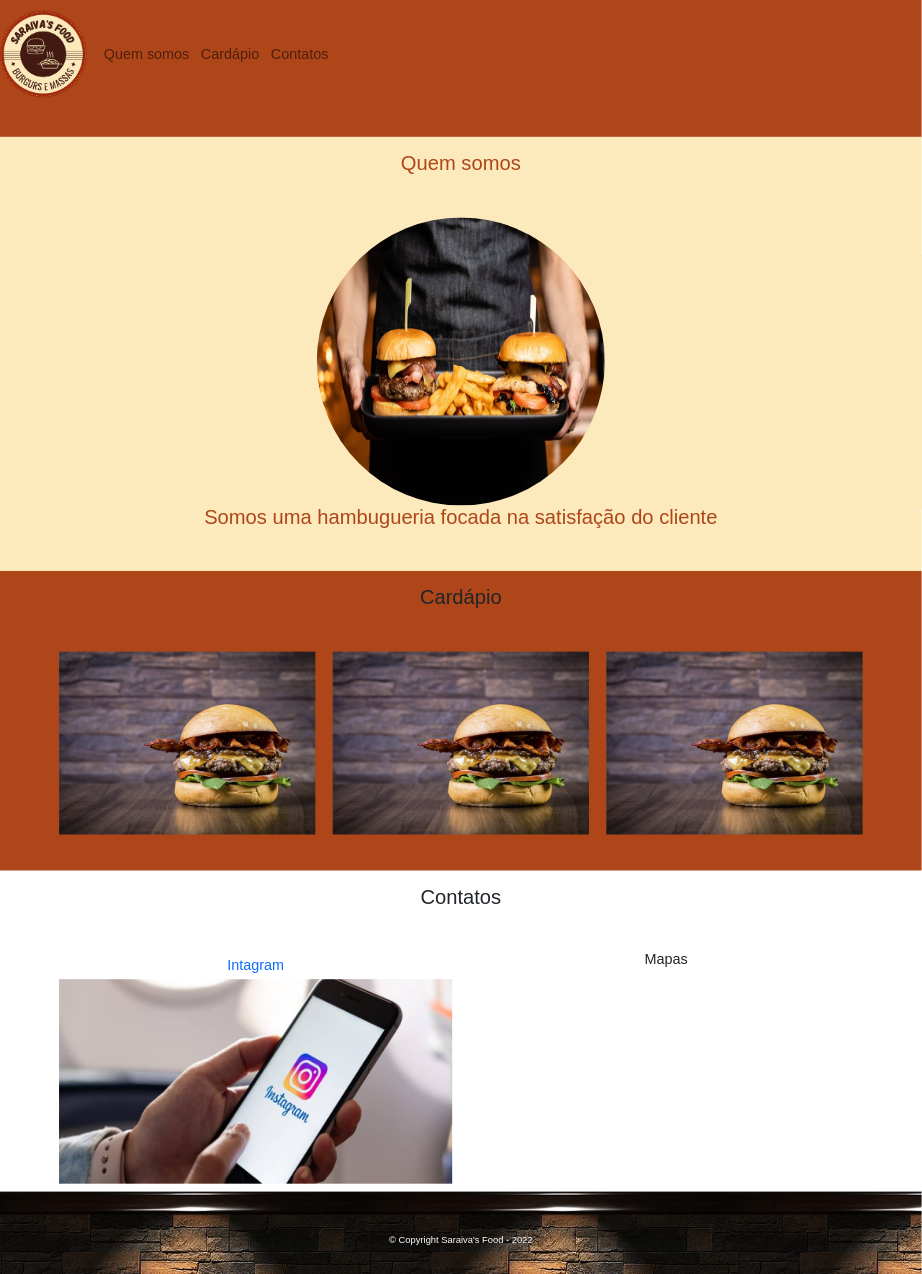
Repository: Tuanemendes/curso_bootstrap
Page: projeto1/index.html
An editor plug-in stored every save of this project. The page is shown before and after the next save, followed by the edit.
The browser window is 1280 px wide. The pictures show the whole page, at 72% of full size.
Pictures or frames that could not be fetched are drawn as grey boxes.

Above is the page before, as saved 2022-04-04 17:56:48.

### projeto1/index.html
<!DOCTYPE html>
<html lang="pt-br">

<head>
    <title>Saraiva's</title>
    <meta charset="utf-8">
     <link href="https://cdn.jsdelivr.net/npm/bootstrap@5.1.3/dist/css/bootstrap.min.css" rel="stylesheet" integrity="sha384-1BmE4kWBq78iYhFldvKuhfTAU6auU8tT94WrHftjDbrCEXSU1oBoqyl2QvZ6jIW3" crossorigin="anonymous">
        <link rel=" stylesheet" type="text/css" href="/css/style.css">
</head>

<body>
    <nav class="navbar navbar-expand-lg navbar-light margin">
        <a class="navbar-brand" href="#">
            <img src="/img/saraivasfood.png" alt="logo" width="120" height="120">
        </a>
        <div class="collapse navbar-collapse">
            <ul class="navbar-nav">
                <li class="nav-item">
                    <a class="nav-link " href="#"> Quem somos </a>
                </li>
                <li class="nav-item">
                    <a class="nav-link " href="#"> Cardápio </a>
                </li>
                <li class="nav-item">
                    <a class="nav-link " href="#"> Contatos </a>
                </li>
            </ul>
        </div>
    </nav>

    <section id="quemsomos">
        <div class="container-fluid quem-somos text-center margin">
            <h3 class="margin">Quem somos</h3>
            <img src="/img/FICHA-TECNICA-PARA-HAMBURGUERIA-DICA.jpg" class="rounded-circle" alt="burgueria" width="400" height="400">
            <h3>Somos uma hambugueria  focada na satisfação do cliente</h3>
        </div>
    </section>
    <section id="cardapio">
        <div class="container-fluid text-center margin cardapio">
           <h3 class="margin">Cardápio</h3>
            <div class="container">
                <div class="row">
                    <div class="col-lg-4">
                         <img src="/img/como-montar-uma-hamburgueria.jpg" alt="" width="100%" >

                    </div>
                    <div class="col-lg-4">
                        <img src="/img/como-montar-uma-hamburgueria.jpg" alt="" width="100%">

                    </div>
                    <div class="col-lg-4">
                        <img src="/img/como-montar-uma-hamburgueria.jpg" alt="" width="100%">

                    </div>
                </div>
            </div>
        </div>
    </section>

    <section id="contatos">
        <div class="container-fluid text-center margin contatos">
            <h3 class="margin">Contatos</h3>
            <div class="container">
                <div class="row">
                    <div class="col-lg-6">
                        <a class="nav-link active" href="https://www.instagram.com/saraivasfood/">Intagram</a>
                        <img src="/img/Instagram-1-1000x450.jpg" alt="" width="100%" height="100%">
                    </div>
                    <div class="col-lg-6">
                        <p> Mapas</p>

                        <iframe src="https://www.google.com/maps/embed?pb=!1m18!1m12!1m3!1d3752.8455517590714!2d-44.02769498450882!3d-19.846486940844304!2m3!1f0!2f0!3f0!3m2!1i1024!2i768!4f13.1!3m3!1m2!1s0xa6922b50d9f6bb%3A0x419cabd354821c77!2sR.%20Cl%C3%A1udio%20Manoel%20da%20Costa%20-%20Nacional%2C%20Contagem%20-%20MG%2C%2032185-210!5e0!3m2!1spt-BR!2sbr!4v1649093905627!5m2!1spt-BR!2sbr" width="100%" height="100%" style="border:0;" allowfullscreen="" loading="lazy" referrerpolicy="no-referrer-when-downgrade"></iframe>
                    </div>
                </div>
            </div>
        </div>
    </section>

    <footer class="container-fluid text-center">
        <p class="copyright"> © Copyright Saraiva's Food - 2022</p>
    </footer>
</body>

</html>

### css/style.css
body{
  font: 20px Arial,sans-serif;
}
footer {
	text-align: center;
	background: url("/img/27cc887a3ec0d44abc315f40abb07257.jpg");
	padding: 40px 0;
}

.navbar{
    background-color: #ae4619;

}
.quem-somos{
    background-color: #fceabc;
    color: #ae4619;

}
.margin{
    padding-bottom: 50px;
    padding-top: 10px;

}
.cardapio{
    background-color: #ae4619;

}
.contato{
    background-color: #fceabc;
    color: #ae4619;

}

.copyright{
    color: #FFFFFF;
	font-size: 13px;
	margin: 20px 0 0;

}

After the next save:
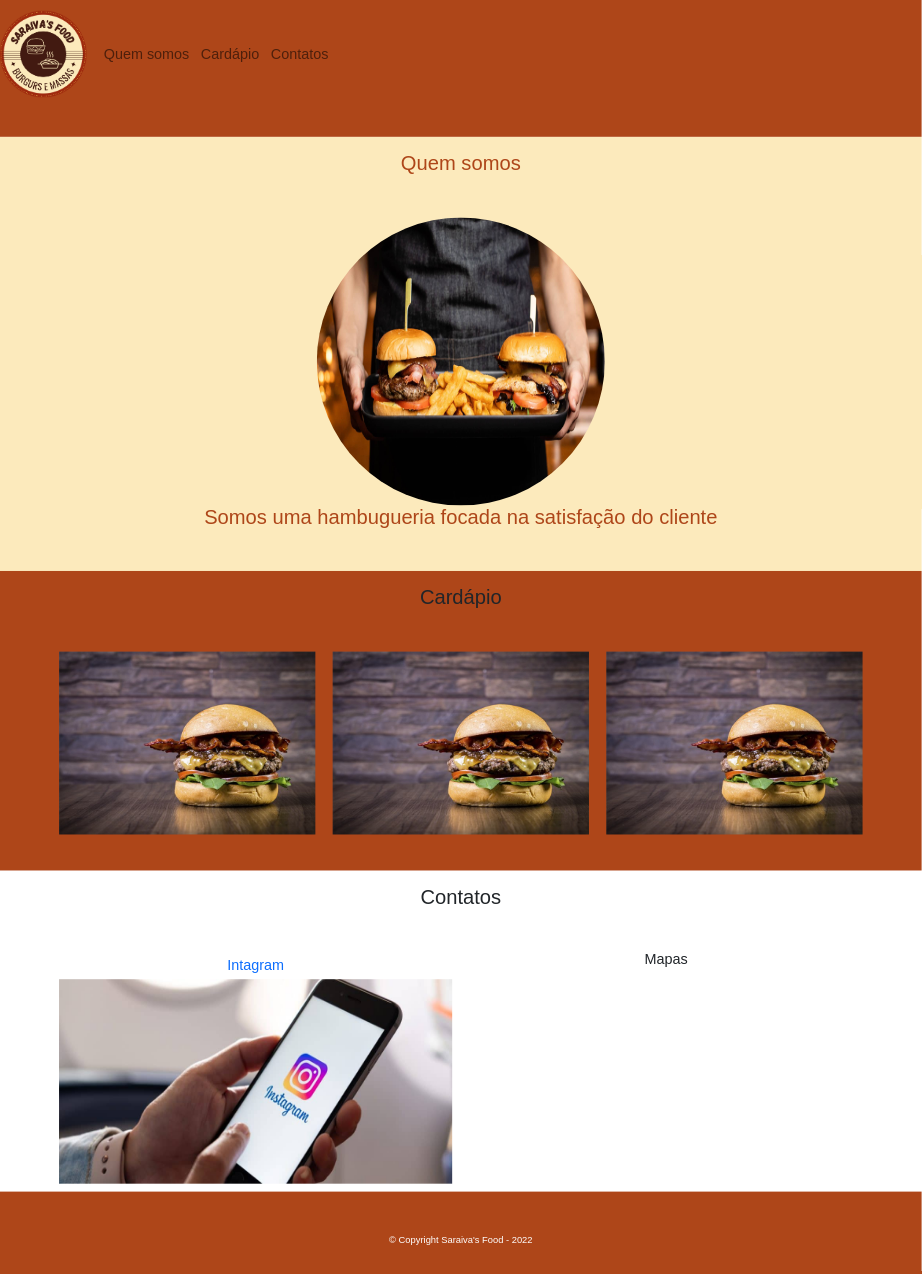
Saved 68 s later.
--- a/css/style.css
+++ b/css/style.css
@@ -3,7 +3,7 @@
 }
 footer {
 	text-align: center;
-	background: url("/img/27cc887a3ec0d44abc315f40abb07257.jpg");
+	background:#ae4619;
 	padding: 40px 0;
 }
 
